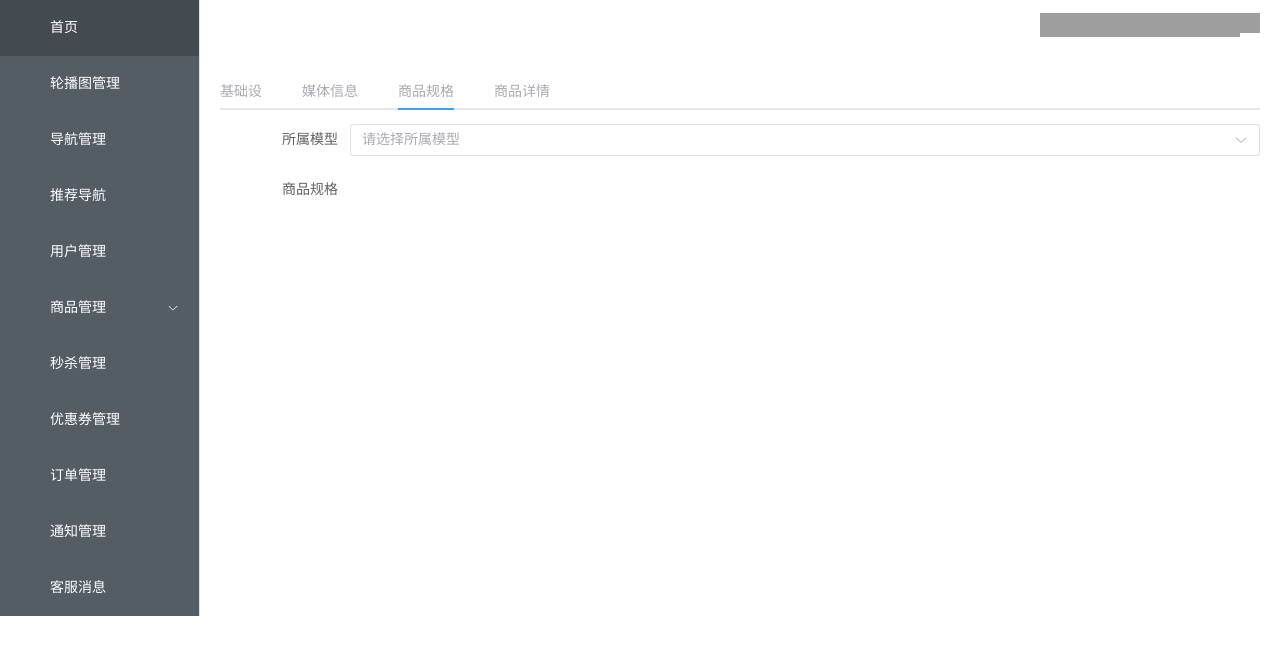
Repository: xinwuhao/CCG
Page: /addgoods
These files come from the project's save history. The page is drawn as it stood at one moment and after the next save; the edit follows.
The browser window is 1280 px wide. The pictures show the whole page.
Pictures or frames that could not be fetched are drawn as grey boxes. The page's requests for data from a server got no answer. The project was rebuilt for these pictures with package versions that can differ from the ones it lists, and the page was loaded fresh each time. No one was signed in, and anything a server would have sent is missing. Also part of the build but not shown: vite.config.ts.

Above is the page before, as saved 2021-09-24 15:59:14.

After the next save:
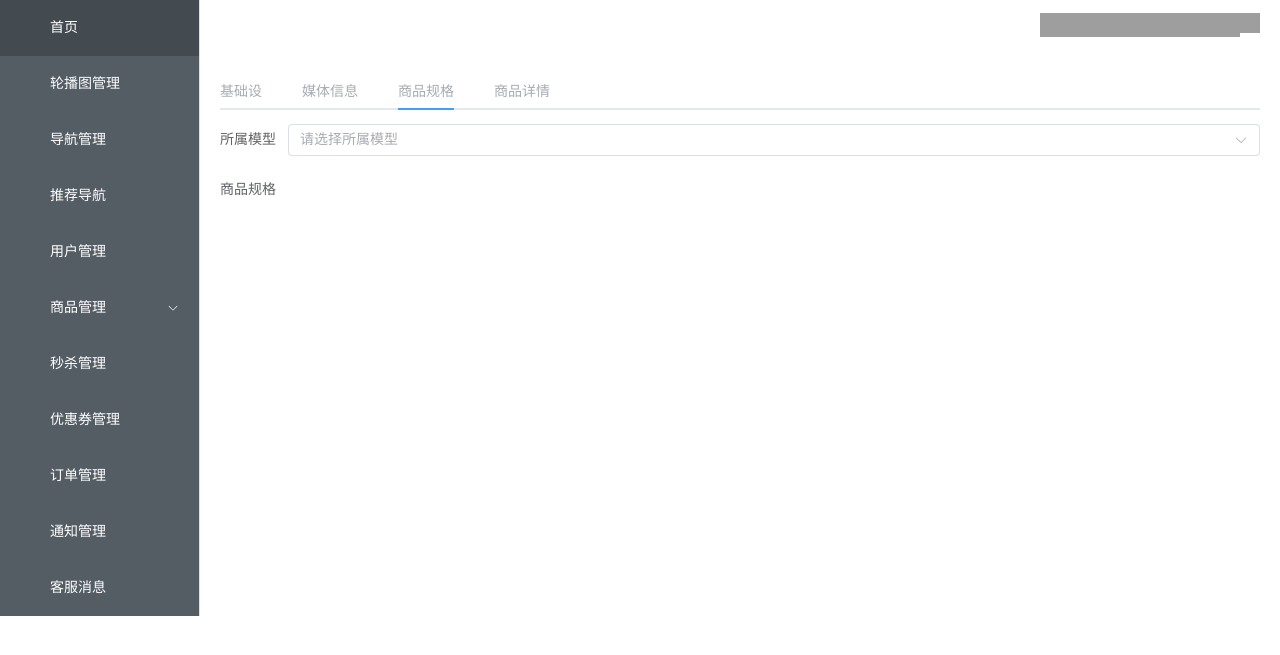
Saved 106 s later.
--- a/src/views/goods/addgoods.vue
+++ b/src/views/goods/addgoods.vue
@@ -192,12 +192,7 @@
         </el-tab-pane>
 
         <el-tab-pane label="商品规格" name="3" disabled>
-          <el-form
-            :model="user"
-            :rules="rules"
-            label-width="130px"
-            class="demo-ruleForm"
-          >
+          <el-form :model="user" ref="ruleForm" class="demo-ruleForm">
             <el-form-item label="所属模型" prop="parentId">
               <el-select
                 v-model="user.parentId"
